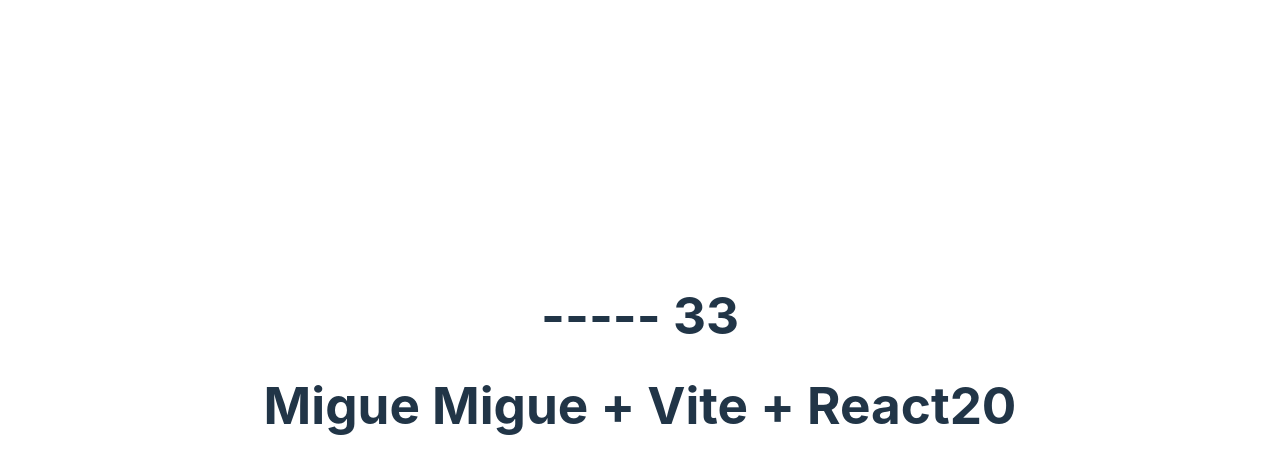
Repository: MiguelDev5/react-learning
Page: /
An editor plug-in stored every save of this project. The page is shown before and after the next save, followed by the edit.
The browser window is 1280 px wide. The pictures show the whole page.
The project was rebuilt for these pictures with package versions that can differ from the ones it lists, and the page was loaded fresh each time. Also part of the build but not shown: vite.config.js.

Above is the page before, as saved 2024-03-14 00:05:10.

After the next save:
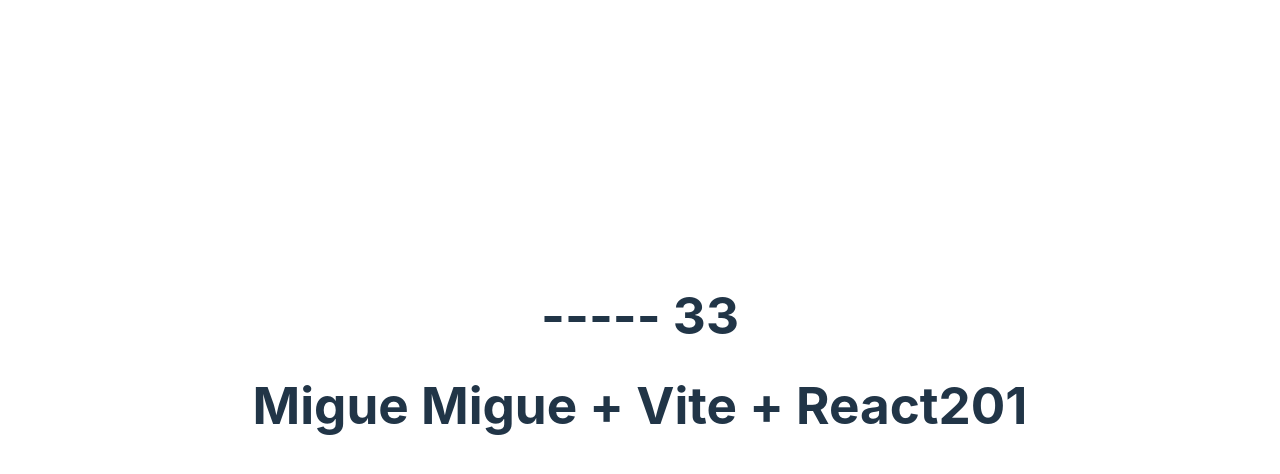
Saved 18 h 35 min later.
--- a/src/App.jsx
+++ b/src/App.jsx
@@ -8,7 +8,7 @@
   return (
     <>
       <h1> ----- { surname } </h1>
-      <h1>{name} + Vite + React20</h1>
+      <h1>{name} + Vite + React201</h1>
     </>
   )
 }
